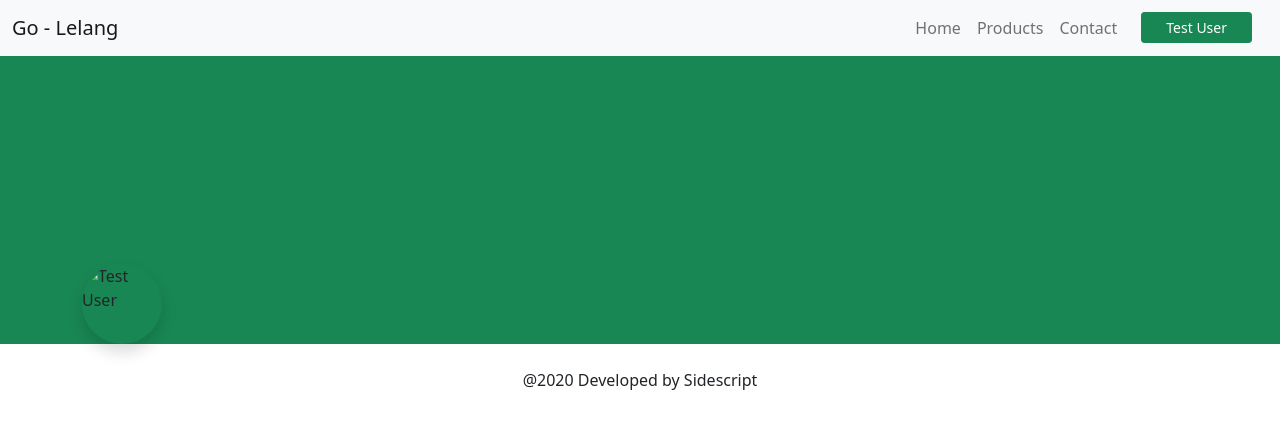
Repository: khulqu15/Go---Lelalng
Page: http://localhost/profile
An editor plug-in stored every save of this project. The page is shown before and after the next save, followed by the edit.
The browser window is 1280 px wide. The pictures show the whole page.
The page is served by the project's Laravel application, run on PHP 8.4 with Laravel 8. A made-up administrator, Test User (test@example.com), is signed in.

Above is the page before, as saved 2021-02-22 20:17:53.

After the next save:
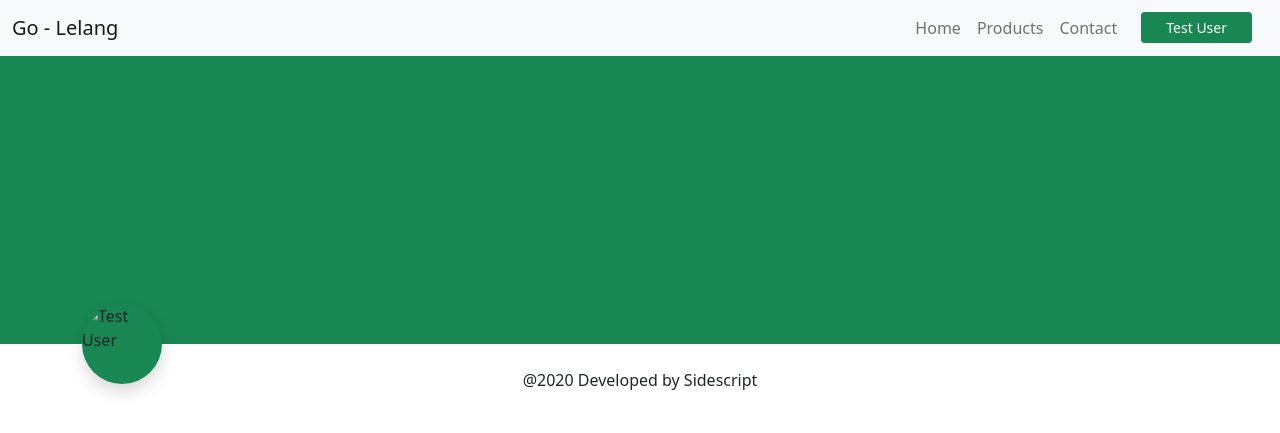
Saved 7 s later.
--- a/resources/views/page/profile.blade.php
+++ b/resources/views/page/profile.blade.php
@@ -7,7 +7,7 @@
     <div class="container py-5">
         <div class="row py-5">
             <div class="col-md-12">
-                <div class="avatar-profile position-absolute shadow" style="bottom: 0">
+                <div class="avatar-profile position-absolute shadow" style="bottom: -40px">
                     <img src="{{ asset('img/user/'.Auth::user()->avatar) }}" alt="{{ Auth::user()->name }}" class="image-fit-card">
                 </div>
             </div>
